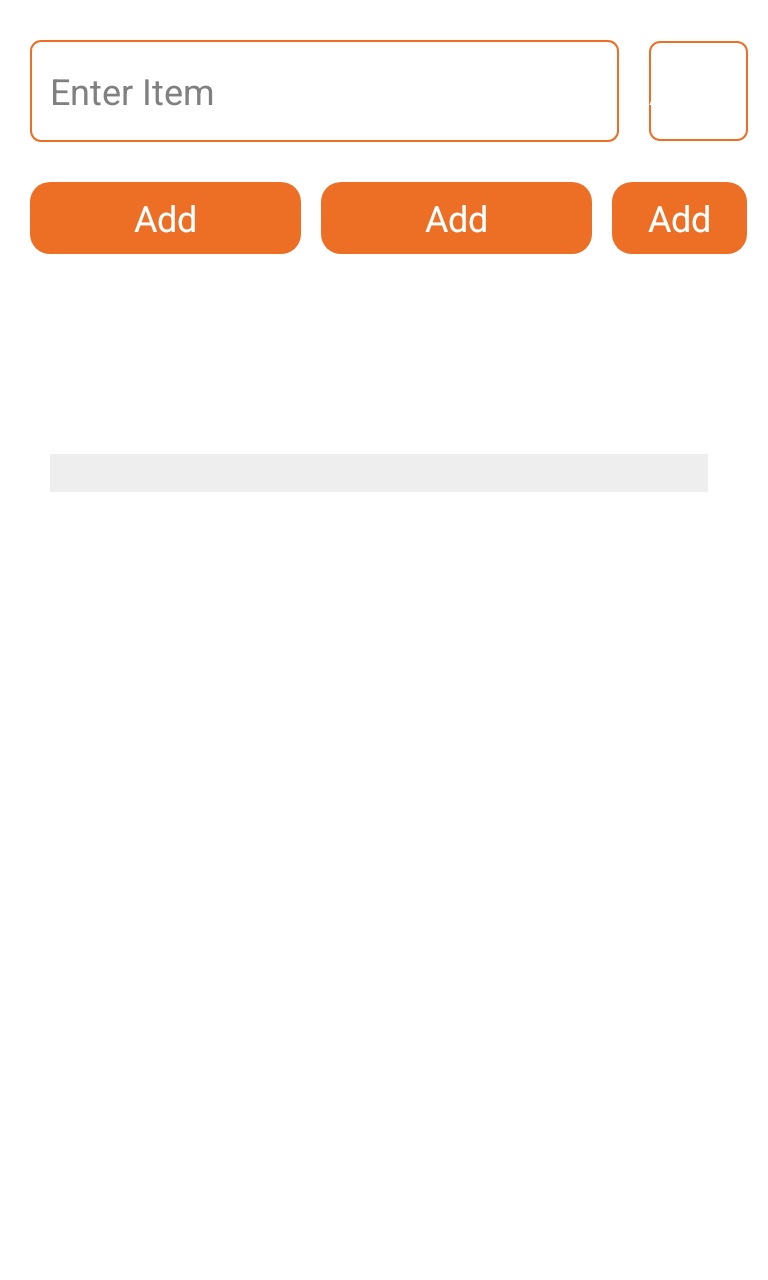
Repository: ianDervan/FYP_ShopSmart
Layout: FYP/ShopSmart/res/layout/activity_shopping_list.xml
An editor plug-in stored every save of this project. The layout is shown before and after the next save, followed by the edit.
It is drawn on a 768 x 1280 px phone screen (xhdpi) without system bars, with theme AppTheme; the app's code is not run.

Above is the layout before, as saved 2015-01-16 21:02:49.

### FYP/ShopSmart/res/layout/activity_shopping_list.xml
<?xml version="1.0" encoding="utf-8"?>
<LinearLayout xmlns:android="http://schemas.android.com/apk/res/android"
     android:layout_width="match_parent"
     android:layout_height="match_parent"
     android:orientation="vertical"
     android:padding="10dip" >

    <LinearLayout
        android:layout_width="fill_parent"
        android:layout_height="wrap_content"
        android:orientation="horizontal" >

        <AutoCompleteTextView
            android:id="@+id/autocomplete_country"
            android:layout_width="0dp"
            android:layout_height="51dp"
            android:layout_marginLeft="5dp"
            android:layout_marginTop="10dp"
            android:layout_weight=".9"
            android:background="@drawable/customeditext"
            android:dropDownWidth="340dp"
            android:hint="Enter Item"
            android:paddingLeft="10dp" />

        <EditText
            android:id="@+id/quantity"
            android:layout_width="0dp"
            android:layout_height="50dp"
            android:layout_weight="0.15"
            android:layout_marginLeft="15dp"
            android:layout_marginTop="10dp"
            android:background="@drawable/customeditext"
            android:text="Add"
            android:textColor="#FFFFFF" />
    </LinearLayout>

     <LinearLayout
        android:layout_width="fill_parent"
        android:layout_height="wrap_content"
        android:layout_marginTop="10dp"
        android:layout_marginLeft="5dp"
        android:orientation="horizontal" >

        <Button
            android:id="@+id/Button02"
            android:layout_width="0dp"
            android:layout_height="36dp"
            android:layout_marginTop="10dp"
            android:layout_weight="0.4"
            android:background="@drawable/custombutton_lr"
            android:text="Add"
            android:textColor="#FFFFFF" />

        <Button
            android:id="@+id/Button01"
            android:layout_width="0dp"
            android:layout_height="36dp"
            android:layout_weight="0.4"
            android:layout_marginLeft="10dp"
            android:layout_marginTop="10dp"
            android:background="@drawable/custombutton_lr"
            android:text="Add"
            android:textColor="#FFFFFF" />

        <Button
            android:id="@+id/btn_2"
            android:layout_width="0dp"
            android:layout_height="36dp"
            android:layout_weight="0.2"
            android:layout_marginLeft="10dp"
            android:layout_marginTop="10dp"
            android:background="@drawable/custombutton_lr"
            android:text="Add"
            android:textColor="#FFFFFF" />
    </LinearLayout>

     <LinearLayout
         android:layout_width="fill_parent"
         android:layout_height="wrap_content"
         android:layout_marginTop="50dp"
         android:orientation="vertical" >


         <ScrollView
             android:id="@+id/ScrollView01"
             android:layout_width="match_parent"
             android:layout_height="0dp"
             android:layout_weight="2"
             android:layout_marginTop="50dp" >

             <TextView
                 android:id="@+id/txtMsg"
                 android:layout_width="match_parent"
                 android:layout_height="wrap_content"
                 android:layout_marginLeft="15dp"
                 android:layout_marginRight="20dp"
                 android:background="#ffeeeeee" />
         </ScrollView>

     </LinearLayout>
 </LinearLayout>

### FYP/ShopSmart/res/drawable/customeditext.xml
<?xml version="1.0" encoding="utf-8"?>

<shape xmlns:android="http://schemas.android.com/apk/res/android"
	android:shape="rectangle" android:padding="10dp">
	<solid android:color="#FFFFFF" />
	<corners
	    android:bottomRightRadius="5dp"
		android:bottomLeftRadius="5dp"
		android:topLeftRadius="5dp"
		android:topRightRadius="5dp" />
	<stroke android:width="1dip" android:color="#ED6F26"/>

</shape>

### FYP/ShopSmart/res/drawable/custombutton_lr.xml
<?xml version="1.0" encoding="utf-8"?>

<shape xmlns:android="http://schemas.android.com/apk/res/android"
     android:shape="rectangle">
     <solid android:color="#ED6F26"/>
     <corners android:bottomLeftRadius="10dp"
         android:bottomRightRadius="10dp"
         android:topLeftRadius="10dp"
         android:topRightRadius="10dp"/>
 </shape>

Loaded but not shown: FYP/ShopSmart/res/values/styles.xml (common file); FYP/ShopSmart/res/values-v11/styles.xml (common file); FYP/ShopSmart/res/values-v14/styles.xml (common file)

After the next save:
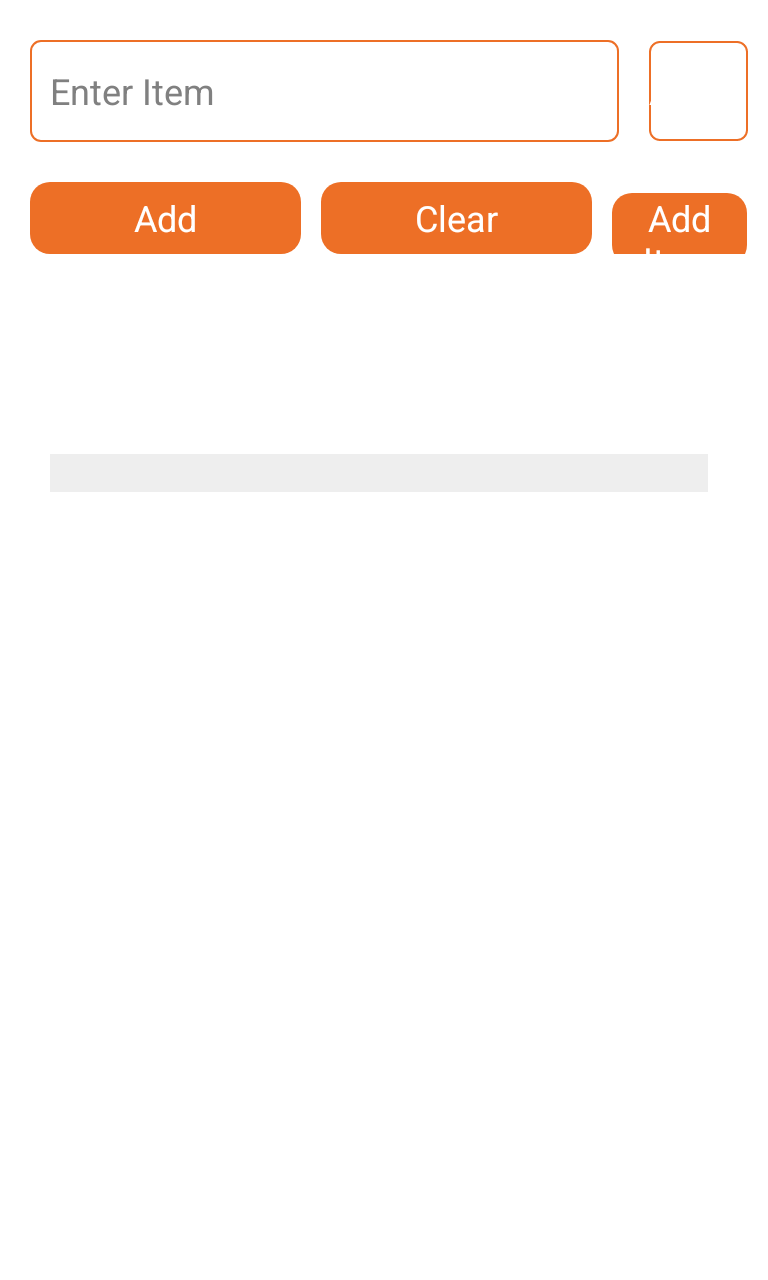
Saved 44 s later.
--- a/FYP/ShopSmart/res/layout/activity_shopping_list.xml
+++ b/FYP/ShopSmart/res/layout/activity_shopping_list.xml
@@ -59,7 +59,7 @@
             android:layout_marginLeft="10dp"
             android:layout_marginTop="10dp"
             android:background="@drawable/custombutton_lr"
-            android:text="Add"
+            android:text="Clear"
             android:textColor="#FFFFFF" />
 
         <Button
@@ -70,7 +70,7 @@
             android:layout_marginLeft="10dp"
             android:layout_marginTop="10dp"
             android:background="@drawable/custombutton_lr"
-            android:text="Add"
+            android:text="Add Item"
             android:textColor="#FFFFFF" />
     </LinearLayout>
 
